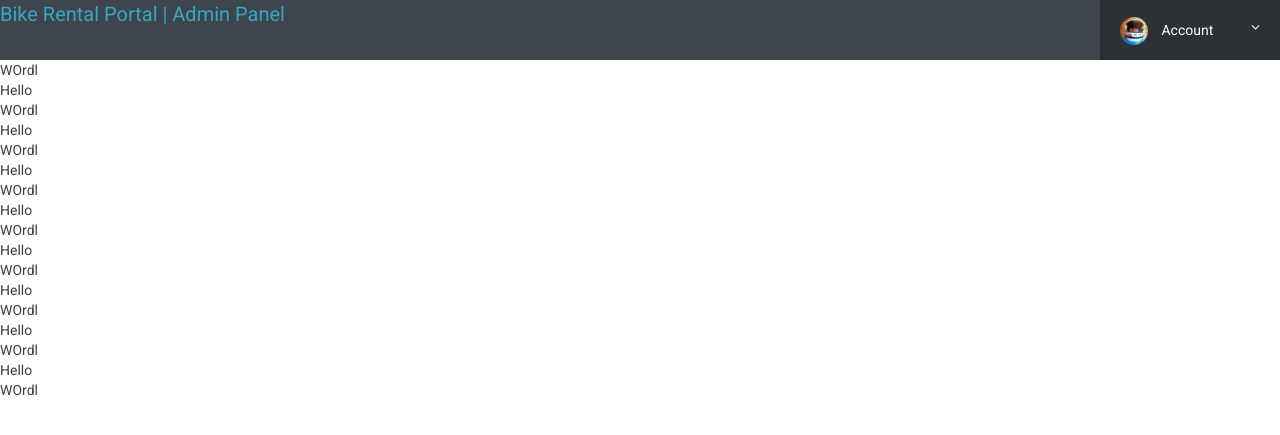
Repository: Het95/Bike-Rental-JSP
Page: http://localhost/AJOep/admin/dashboard.jsp
These files come from the project's save history. The page is drawn as it stood at one moment and after the next save; the edit follows.
The browser window is 1280 px wide. The pictures show the whole page.
The page is served by Tomcat 9. Other server files are loaded and not shown.

Above is the page before, as saved 2020-06-01 08:31:51.

### AJOep/WebContent/admin/dashboard.jsp
<%@ page language="java" contentType="text/html; charset=ISO-8859-1"
    pageEncoding="ISO-8859-1"%>
       <%@ taglib uri="http://java.sun.com/jsp/jstl/sql" prefix="sql" %>
    <%@ taglib uri="http://java.sun.com/jsp/jstl/core" prefix="c" %>
<!DOCTYPE html>
<html>
<head>
<meta charset="ISO-8859-1">
	<title>Bike Rental Portal | Admin Dashboard</title>

	<!-- Font awesome -->
	<link rel="stylesheet" href="css/font-awesome.min.css">
	<!-- Sandstone Bootstrap CSS -->
	<link rel="stylesheet" href="css/bootstrap.min.css">
	<!-- Bootstrap Datatables -->
	<link rel="stylesheet" href="css/dataTables.bootstrap.min.css">
	<!-- Bootstrap social button library -->
	<link rel="stylesheet" href="css/bootstrap-social.css">
	<!-- Bootstrap select -->
	<link rel="stylesheet" href="css/bootstrap-select.css">
	<!-- Bootstrap file input -->
	<link rel="stylesheet" href="css/fileinput.min.css">
	<!-- Awesome Bootstrap checkbox -->
	<link rel="stylesheet" href="css/awesome-bootstrap-checkbox.css">
	<!-- Admin Stye -->
	<link rel="stylesheet" href="css/style.css"></head>
<body>

	<div class="brand clearfix">
	<a href="dashboard.jsp" style="font-size: 20px;">Bike Rental Portal | Admin Panel</a>
		<span class="menu-btn"><i class="fa fa-bars"></i></span>
		<ul class="ts-profile-nav">

			<li class="ts-account">
				<a href="#"><img src="img/ts-avatar.jpg" class="ts-avatar hidden-side" alt=""> Account <i class="fa fa-angle-down hidden-side"></i></a>
				<ul>
					<li><a href="change-password.jsp">Change Password</a></li>
					<li><a href="logout.jsp">Logout</a></li>
				</ul>
			</li>
		</ul>
	</div>
	<ul>
		<li> Hello </li>
		<li> WOrdl </li>
		<li> Hello </li>
		<li> WOrdl </li>
		<li> Hello </li>
		<li> WOrdl </li>
		<li> Hello </li>
		<li> WOrdl </li>
		<li> Hello </li>
		<li> WOrdl </li>
		<li> Hello </li>
		<li> WOrdl </li>
		<li> Hello </li>
		<li> WOrdl </li>
		<li> Hello </li>
		<li> WOrdl </li>
		<li> Hello </li>
		<li> WOrdl </li>
		<li> Hello </li>
		<li> WOrdl </li>
	</ul>

	<!-- Loading Scripts -->
	<script src="js/jquery.min.js"></script>
	<script src="js/bootstrap-select.min.js"></script>
	<script src="js/bootstrap.min.js"></script>
	<script src="js/jquery.dataTables.min.js"></script>
	<script src="js/dataTables.bootstrap.min.js"></script>
	<script src="js/Chart.min.js"></script>
	<script src="js/fileinput.js"></script>
	<script src="js/chartData.js"></script>
	<script src="js/main.js"></script>

</body>
</html>

### AJOep/WebContent/admin/css/awesome-bootstrap-checkbox.css
.checkbox {
  padding-left: 20px;
}
.checkbox label {
  display: inline-block;
  vertical-align: middle;
  position: relative;
  padding-left: 5px;
}
.checkbox label::before {
  content: "";
  display: inline-block;
  position: absolute;
  width: 17px;
  height: 17px;
  left: 0;
  margin-left: -20px;
  border: 1px solid #cccccc;
  border-radius: 3px;
  background-color: #fff;
  -webkit-transition: border 0.15s ease-in-out, color 0.15s ease-in-out;
  -o-transition: border 0.15s ease-in-out, color 0.15s ease-in-out;
  transition: border 0.15s ease-in-out, color 0.15s ease-in-out;
}
.checkbox label::after {
  display: inline-block;
  position: absolute;
  width: 16px;
  height: 16px;
  left: 0;
  top: 0;
  margin-left: -20px;
  padding-left: 3px;
  padding-top: 1px;
  font-size: 11px;
  color: #555555;
}
.checkbox input[type="checkbox"],
.checkbox input[type="radio"] {
  opacity: 0;
  z-index: 1;
}
.checkbox input[type="checkbox"]:focus + label::before,
.checkbox input[type="radio"]:focus + label::before {
  outline: thin dotted;
  outline: 5px auto -webkit-focus-ring-color;
  outline-offset: -2px;
}
.checkbox input[type="checkbox"]:checked + label::after,
.checkbox input[type="radio"]:checked + label::after {
  font-family: "FontAwesome";
  content: "\f00c";
}
.checkbox input[type="checkbox"]:disabled + label,
.checkbox input[type="radio"]:disabled + label {
  opacity: 0.65;
}
.checkbox input[type="checkbox"]:disabled + label::before,
.checkbox input[type="radio"]:disabled + label::before {
  background-color: #eeeeee;
  cursor: not-allowed;
}
.checkbox.checkbox-circle label::before {
  border-radius: 50%;
}
.checkbox.checkbox-inline {
  margin-top: 0;
}

.checkbox-primary input[type="checkbox"]:checked + label::before,
.checkbox-primary input[type="radio"]:checked + label::before {
  background-color: #337ab7;
  border-color: #337ab7;
}
.checkbox-primary input[type="checkbox"]:checked + label::after,
.checkbox-primary input[type="radio"]:checked + label::after {
  color: #fff;
}

.checkbox-danger input[type="checkbox"]:checked + label::before,
.checkbox-danger input[type="radio"]:checked + label::before {
  background-color: #d9534f;
  border-color: #d9534f;
}
.checkbox-danger input[type="checkbox"]:checked + label::after,
.checkbox-danger input[type="radio"]:checked + label::after {
  color: #fff;
}

.checkbox-info input[type="checkbox"]:checked + label::before,
.checkbox-info input[type="radio"]:checked + label::before {
  background-color: #5bc0de;
  border-color: #5bc0de;
}
.checkbox-info input[type="checkbox"]:checked + label::after,
.checkbox-info input[type="radio"]:checked + label::after {
  color: #fff;
}

.checkbox-warning input[type="checkbox"]:checked + label::before,
.checkbox-warning input[type="radio"]:checked + label::before {
  background-color: #f0ad4e;
  border-color: #f0ad4e;
}
.checkbox-warning input[type="checkbox"]:checked + label::after,
.checkbox-warning input[type="radio"]:checked + label::after {
  color: #fff;
}

.checkbox-success input[type="checkbox"]:checked + label::before,
.checkbox-success input[type="radio"]:checked + label::before {
  background-color: #5cb85c;
  border-color: #5cb85c;
}
.checkbox-success input[type="checkbox"]:checked + label::after,
.checkbox-success input[type="radio"]:checked + label::after {
  color: #fff;
}

.radio {
  padding-left: 20px;
}
.radio label {
  display: inline-block;
  vertical-align: middle;
  position: relative;
  padding-left: 5px;
}
.radio label::before {
  content: "";
  display: inline-block;
  position: absolute;
  width: 17px;
  height: 17px;
  left: 0;
  margin-left: -20px;
  border: 1px solid #cccccc;
  border-radius: 50%;
  background-color: #fff;
  -webkit-transition: border 0.15s ease-in-out;
  -o-transition: border 0.15s ease-in-out;
  transition: border 0.15s ease-in-out;
}
.radio label::after {
  display: inline-block;
  position: absolute;
  content: " ";
  width: 11px;
  height: 11px;
  left: 3px;
  top: 3px;
  margin-left: -20px;
  border-radius: 50%;
  background-color: #555555;
  -webkit-transform: scale(0, 0);
  -ms-transform: scale(0, 0);
  -o-transform: scale(0, 0);
  transform: scale(0, 0);
  -webkit-transition: -webkit-transform 0.1s cubic-bezier(0.8, -0.33, 0.2, 1.33);
  -moz-transition: -moz-transform 0.1s cubic-bezier(0.8, -0.33, 0.2, 1.33);
  -o-transition: -o-transform 0.1s cubic-bezier(0.8, -0.33, 0.2, 1.33);
  transition: transform 0.1s cubic-bezier(0.8, -0.33, 0.2, 1.33);
}
.radio input[type="radio"] {
  opacity: 0;
  z-index: 1;
}
.radio input[type="radio"]:focus + label::before {
  outline: thin dotted;
  outline: 5px auto -webkit-focus-ring-color;
  outline-offset: -2px;
}
.radio input[type="radio"]:checked + label::after {
  -webkit-transform: scale(1, 1);
  -ms-transform: scale(1, 1);
  -o-transform: scale(1, 1);
  transform: scale(1, 1);
}
.radio input[type="radio"]:disabled + label {
  opacity: 0.65;
}
.radio input[type="radio"]:disabled + label::before {
  cursor: not-allowed;
}
.radio.radio-inline {
  margin-top: 0;
}

.radio-primary input[type="radio"] + label::after {
  background-color: #337ab7;
}
.radio-primary input[type="radio"]:checked + label::before {
  border-color: #337ab7;
}
.radio-primary input[type="radio"]:checked + label::after {
  background-color: #337ab7;
}

.radio-danger input[type="radio"] + label::after {
  background-color: #d9534f;
}
.radio-danger input[type="radio"]:checked + label::before {
  border-color: #d9534f;
}
.radio-danger input[type="radio"]:checked + label::after {
  background-color: #d9534f;
}

.radio-info input[type="radio"] + label::after {
  background-color: #5bc0de;
}
.radio-info input[type="radio"]:checked + label::before {
  border-color: #5bc0de;
}
.radio-info input[type="radio"]:checked + label::after {
  background-color: #5bc0de;
}

.radio-warning input[type="radio"] + label::after {
  background-color: #f0ad4e;
}
.radio-warning input[type="radio"]:checked + label::before {
  border-color: #f0ad4e;
}
.radio-warning input[type="radio"]:checked + label::after {
  background-color: #f0ad4e;
}

.radio-success input[type="radio"] + label::after {
  background-color: #5cb85c;
}
.radio-success input[type="radio"]:checked + label::before {
  border-color: #5cb85c;
}
.radio-success input[type="radio"]:checked + label::after {
  background-color: #5cb85c;
}

input[type="checkbox"].styled:checked + label:after,
input[type="radio"].styled:checked + label:after {
  font-family: 'FontAwesome';
  content: "\f00c";
}
input[type="checkbox"] .styled:checked + label::before,
input[type="radio"] .styled:checked + label::before {
  color: #fff;
}
input[type="checkbox"] .styled:checked + label::after,
input[type="radio"] .styled:checked + label::after {
  color: #fff;
}

### AJOep/WebContent/admin/css/style.css
@import url(http://fonts.googleapis.com/css?family=Lato:300,400,700,900,100italic,300italic,400italic);
@import url(https://fonts.googleapis.com/css?family=Oswald:700,400,300);
/****************************
*   FOR RESPONSIVENESS      *
****************************/
::selection {
  background: #4f5362;
  /* WebKit/Blink Browsers */
  color: #fff;
}
::-moz-selection {
  background: #4f5362;
  /* Gecko Browsers */
  color: #fff;
}
html {
  font-size: 14px;
}
@media only screen and (min-width: 480px) {
  html {
    font-size: 17px;
  }
}
@media only screen and (min-width: 768px) {
  html {
    font-size: 14px;
  }
}
@media only screen and (min-width: 1024px) {
  p {
    font-size: 1em;
    margin-bottom: 1.8em;
  }
}
/****************************
*      BODY DEFAULTS        *
****************************/
body {
  font-size: 1em;
}
a {
  color: #37a6c4;
}
a:hover {
  text-decoration: none;
  color: #5db9d1;
}
/****************************
*      Buttons        *
****************************/
.btn {
  font-family: 'Oswald', sans-serif;
}
.btn i {
  position: relative;
  top: -2px;
}
.btn.text-left {
  text-align: left;
}
.btn-brand {
  background: #37a6c4;
  color: #fff;
}
.btn-brand:hover {
  color: #fff;
  background: #2c849c;
}
.btn-dark {
  background: #272727;
  color: #fff;
}
.btn-dark:hover {
  color: #fff;
  background: #2c849c;
}
.btn-red {
  background: #4f5362;
  color: #fff;
}
.btn-red:hover {
  color: #fff;
  background: #383b46;
}
.btn-alt {
  background: #f0f0f0;
  color: #222;
}
.btn-alt:hover {
  color: #fff;
  background: #2c849c;
}
/****************************
*      Background Colors        *
****************************/
.bk-primary {
  background: #325d88;
}
.bk-success {
  background: #93c54b;
}
.bk-warning {
  background: #f47c3c;
}
.bk-danger {
  background: #d9534f;
}
.bk-info {
  background: #29abe0;
}
.bk-white,
.bk-light {
  background: #fff;
}
.bk-brand {
  background: #37a6c4;
}
.bk-dark {
  background: #222;
}
.bk-blue {
  background: #0010ce;
}
.bk-alt {
  background: #f7f7f7;
}
.bk-ghost {
  background: transparent;
}
.bk-img {
  position: relative;
  width: 100%;
  background-position: center;
  background-repeat: no-repeat;
  background-size: cover;
  background-image: url(../../img/login-bg.jpg);
}
.bk-fixed {
  background-attachment: fixed;
}
.hr-green {
  height: 2px;
  background: #37a6c4;
}
.hr-grey {
  height: 2px;
  background: #f0f0f0;
}
.hr-dashed {
  background-color: transparent;
  border-top: 1px dotted #edf0f5;
  color: transparent;
  height: 1px;
  margin: 20px 0;
}
.panel {
  overflow: hidden;
}
/****************************
*      Border        *
****************************/
.brdr {
  border: 1px solid #f0f0f0;
}
/****************************
*      Text size color        *
****************************/
.font-one {
  font-family: 'Oswald', sans-serif;
}
.text-bold {
  font-weight: bold;
}
.text-normal {
  font-weight: normal;
}
.text-thin {
  font-weight: 100;
}
.text-lowercase {
  text-transform: none;
}
.text-sm {
  font-size: 13px;
}
.text-lg {
  font-size: 18px;
}
.text-xl {
  font-size: 1.6em;
}
.text-2x {
  font-size: 2em;
}
.text-3x {
  font-size: 2.4em;
}
.text-4x {
  font-size: 3em;
}
.text-white,
.text-light {
  color: #fff !important;
}
.link-white a {
  color: #fff;
}
.text-grey {
  color: #ccc;
}
.text-dgrey {
  color: #818181;
}
.text-brand {
  color: #37a6c4;
}
.text-yellow {
  color: #ffff00;
}
.title .line {
  display: inline-block;
  padding-bottom: 10px;
  border-bottom: 3px solid #222;
}
/****************************
*       Margins         *
****************************/
.mt {
  margin-top: 18px;
}
.mt-0x {
  margin-top: 0 !important;
}
.mt-2x {
  margin-top: 36px;
}
.mt-3x {
  margin-top: 54px;
}
.mt-4x {
  margin-top: 90px;
}
.mt-5x {
  margin-top: 144px;
}
.mb {
  margin-bottom: 18px;
}
.mb-0x {
  margin-bottom: 0 !important;
}
.mb-2x {
  margin-bottom: 36px;
}
.mb-3x {
  margin-bottom: 54px;
}
.mb-4x {
  margin-bottom: 90px;
}
.mb-5x {
  margin-bottom: 144px;
}
.pt {
  padding-top: 18px;
}
.pt-2x {
  padding-top: 36px;
}
.pt-3x {
  padding-top: 54px;
}
.pt-4x {
  padding-top: 90px;
}
.pt-5x {
  padding-top: 144px;
}
.pb {
  padding-bottom: 18px;
}
.pb-2x {
  padding-bottom: 36px;
}
.pb-3x {
  padding-bottom: 54px;
}
.pb-4x {
  padding-bottom: 90px;
}
.pb-5x {
  padding-bottom: 144px;
}
/* Content boxes */
.content-box {
  padding: 15px;
}
.block-anchor {
  display: block;
}
/****************************
*       Content Typography         *
****************************/
.content-format {
  line-height: 1.6em;
  font-weight: 400;
  letter-spacing: .01em;
  font-style: normal;
  word-wrap: break-word;
}
.content-format .h1,
.content-format .h2,
.content-format .h3,
.content-format .h4,
.content-format .h5,
.content-format .h6,
.content-format h1,
.content-format h2,
.content-format h3,
.content-format h4,
.content-format h5,
.content-format h6 {
  font-family: 'Oswald', sans-serif;
  font-weight: 700;
  font-weight: bold;
  font-style: normal;
  color: rgba(0, 0, 0, 0.8);
  margin-top: 40px;
}
.content-format .h1 a,
.content-format .h2 a,
.content-format .h3 a,
.content-format .h4 a,
.content-format .h5 a,
.content-format .h6 a,
.content-format h1 a,
.content-format h2 a,
.content-format h3 a,
.content-format h4 a,
.content-format h5 a,
.content-format h6 a {
  font-size: inherit;
}
.content-format .h2,
.content-format h2 {
  font-size: 3em;
  line-height: 1;
  margin-bottom: 10px;
  padding-bottom: 10px;
  border-bottom: 4px solid #f0f0f0;
}
.content-format .h3,
.content-format h3 {
  font-size: 2em;
  line-height: 1.2;
  margin-bottom: 4px;
  margin: 1em 0 0.5em;
}
.content-format .h4,
.content-format h4 {
  font-size: 1.7em;
  line-height: 1.4;
  margin-bottom: 6px;
}
.content-format .h5,
.content-format h5 {
  font-size: 1.5em;
  line-height: 1.4;
  margin-bottom: 8px;
}
.content-format .h6,
.content-format h6 {
  font-size: 1.3em;
  line-height: 1.4;
  margin-bottom: 10px;
}
.content-format strong {
  font-weight: bold;
}
.content-format ul:not(.social-awesome) {
  list-style: disc outside;
  margin: 1.714285714rem 0 1.714285714rem;
  line-height: 1.714285714;
}
.content-format ul:not(.social-awesome) li {
  margin: 0 0 0 36px;
  margin: 0 1rem 0 2.571428571rem;
}
.content-format ul:not(.social-awesome).list-unstyled {
  list-style: none;
}
.content-format ul:not(.social-awesome).list-unstyled li {
  margin: 0 0 0 24px;
}
.content-format em {
  font-style: italic;
}
.content-format p {
  margin-bottom: 1.8em;
}
.content-format figure {
  margin-bottom: 42px;
}
.content-format figure .caption {
  color: #999;
  font-size: 14px;
}
.content-format img {
  border: 0;
  height: auto;
  max-width: 100%;
  vertical-align: middle;
}
.content-format .fa {
  color: #37a6c4;
  margin-right: 10px;
}
.content-format blockquote {
  border-left: 4px solid #c3c3c3;
  border-left: 4px solid rgba(51, 51, 51, 0.17);
  color: #707070;
  color: rgba(51, 51, 51, 0.7);
  font-size: 1.2em;
  font-style: italic;
  line-height: 1.6667;
  margin-bottom: 1em;
  padding-left: 0.7778em;
}
.content-format blockquote.double-quote {
  border-left: none;
  padding-left: 1em;
}
.content-format pre {
  background: #fff;
  border: 1px solid #ededed;
  color: #666;
  font-family: Consolas, Monaco, Lucida Console, monospace;
  font-size: .9em;
  line-height: 1.714285714;
  margin: 24px 0;
  margin: 1.714285714rem 0;
  overflow: auto;
}
.content-format ol {
  margin: 24px 0 24px;
  margin: 1.714285714rem 0 1.714285714rem;
  line-height: 1.714285714;
  list-style: decimal outside;
}
.content-format img.wp-smiley,
.content-format img.emoji {
  display: inline !important;
  border: none !important;
  box-shadow: none !important;
  height: 1em !important;
  width: 1em !important;
  margin: 0 .07em !important;
  vertical-align: -0.1em !important;
  background: none !important;
  padding: 0 !important;
}
/*
 * Theme Struck - Harmony - Free responsive Bootstrap admin template by Themestruck.com (http://themestruck.com)
 * Code licensed under the MIT
 * For details, see #
 */
ul,
li {
  margin: 0;
  padding: 0;
  list-style: none;
}
/* Social Button Modifications */
.btn {
  text-transform: none;
}
.btn-social > :first-child {
  width: 42px;
  line-height: 46px;
}
.btn-social {
  padding-left: 58px;
}
/* Circle buttons */
.btn-circle {
  width: 30px;
  height: 30px;
  padding: 6px 0;
  border-radius: 15px;
  text-align: center;
  font-size: 12px;
  line-height: 1.428571429;
}
.btn-circle.btn-lg {
  width: 50px;
  height: 50px;
  padding: 10px 16px;
  border-radius: 25px;
  font-size: 18px;
  line-height: 1.33;
}
.btn-circle.btn-xl {
  width: 70px;
  height: 70px;
  padding: 10px 16px;
  border-radius: 35px;
  font-size: 24px;
  line-height: 1.33;
}
/* Chart design */
/* Charts */
.chart-dot-list {
  display: block;
  margin-top: 60px;
  margin-left: 20px;
}
.chart-dot-list li {
  margin-bottom: 4px;
}
.chart-dot-list li:before {
  content: '';
  height: 12px;
  width: 12px;
  margin-right: 6px;
  display: inline-block;
  background: #222;
  border-radius: 50%;
}
.chart-dot-list li.a1:before {
  background: #F7464A;
}
.chart-dot-list li.a2:before {
  background: #46BFBD;
}
.chart-dot-list li.a3:before {
  background: #FDB45C;
}
.chart-doughnut {
  padding: 41px 0;
}
/* component */
.page-title {
  padding-bottom: 15px;
  margin-bottom: 20px;
  border-bottom: 1px solid #f0f0f0;
}
.brand {
  background: #3e454c;
  position: relative;
  z-index: 3;
  position: fixed;
  width: 100%;
  top: 0;
}
.brand .logo {
  box-sizing: border-box;
  padding: 20px;
  float: left;
  display: block;
  width: 200px;
}
@media only screen and (min-width: 992px) {
  .brand .logo {
    width: 250px;
  }
}
.brand .logo img {
  height: 20px;
}
.brand .menu-btn {
  float: right;
  background: #232d3b;
  text-align: center;
  cursor: pointer;
  color: #fff;
  padding: 20px 20px;
}
@media only screen and (min-width: 992px) {
  .brand .menu-btn {
    display: none;
  }
}
.brand .ts-profile-nav {
  float: right;
  display: none;
}
.brand .ts-profile-nav li {
  float: left;
  position: relative;
}
.brand .ts-profile-nav li a {
  display: block;
  padding: 20px;
  color: #fff;
}
.brand .ts-profile-nav li ul {
  visibility: hidden;
  opacity: 0;
  right: 0;
  position: absolute;
}
.brand .ts-profile-nav li ul li {
  float: none;
  width: 180px;
}
.brand .ts-profile-nav li ul li a {
  padding: 10px 20px;
  background: #222;
}
.brand .ts-profile-nav .ts-account .fa-angle-down {
  float: right;
}
.brand .ts-profile-nav .ts-account > a {
  width: 180px;
  background: #2c3136;
}
.brand .ts-profile-nav .ts-account .ts-avatar {
  border-radius: 50%;
  height: 28px;
  margin: -10px 0;
  margin-right: 10px;
}
.brand .ts-profile-nav .ts-account:hover ul {
  visibility: visible;
  opacity: 1;
}
@media only screen and (min-width: 992px) {
  .brand .ts-profile-nav {
    display: block;
  }
}
.ts-sidebar::-webkit-scrollbar-track {
  background-color: transparent;
}
.ts-sidebar::-webkit-scrollbar {
  width: 5px;
  background-color: transparent;
}
.ts-sidebar::-webkit-scrollbar-thumb {
  background-color: #b4b4b4;
}
.ts-sidebar {
  background: #2c3136;
  max-height: 0;
  transition: max-height 0.3s;
  overflow: hidden;
  position: fixed;
  z-index: 2;
  width: 100%;
  bottom: 0;
  top: 60px;
  overflow-y: auto;
}
.ts-sidebar .hidden-side {
  display: none;
}
.ts-sidebar .ts-sidebar-search {
  width: 100%;
  background: #25292a;
  border: none;
  padding: 10px 15px;
  color: #fff;
}
@media only screen and (min-width: 992px) {
  .ts-sidebar .ts-profile-nav {
    display: none;
  }
}
@media only screen and (min-width: 992px) {
  .ts-sidebar {
    max-height: 100%;
    bottom: 0;
  }
}
.ts-sidebar-menu .ts-label {
  color: #585c64;
  font-weight: bold;
  padding: 8px 15px;
  text-transform: uppercase;
  font-size: 10px;
  letter-spacing: 3px;
  margin-top: 10px;
}
.ts-sidebar-menu a {
  display: block;
  text-decoration: none;
  padding: 12px 15px;
  color: #fff;
}
.ts-sidebar-menu li {
  position: relative;
}
.ts-sidebar-menu li i {
  color: #585c64;
  margin-right: 10px;
}
.ts-sidebar-menu li ul {
  display: block;
  background: rgba(255, 0, 0, 0.12);
  background: rgba(0, 0, 0, 0.32);
  max-height: 0;
  overflow: hidden;
  transition: all 0.3s ease;
}
.menu-open,
.ts-sidebar-menu .open > ul {
  max-height: 2000px;
}
.ts-sidebar-menu .open > a {
  background: rgba(51, 56, 62, 0.35);
}
.ts-sidebar-menu > .open > a {
  background: #33383e;
  border-left: 3px solid #37a6c4;
}
.ts-sidebar-menu .open > .more i {
  transform: rotate(180deg);
}
.more i {
  color: #fff;
  padding: 15px;
  transition: transform 0.3s;
}
.more {
  float: right;
  min-width: 10%;
  cursor: pointer;
}
.ts-main-content .content-wrapper {
  padding-top: 15px;
  margin-top: 60px;
}
@media only screen and (min-width: 992px) {
  .ts-main-content .ts-sidebar {
    width: 250px;
    float: left;
  }
  .ts-main-content .content-wrapper {
    margin-left: 250px;
  }
}
/* Login page */
.login-page {
  position: absolute;
  height: 100%;
  width: 100%;
}

### AJOep/WebContent/admin/js/main.js
 $(document).ready(function () {

 	$(".ts-sidebar-menu li a").each(function () {
 		if ($(this).next().length > 0) {
 			$(this).addClass("parent");
 		};
 	})
 	var menux = $('.ts-sidebar-menu li a.parent');
 	$('<div class="more"><i class="fa fa-angle-down"></i></div>').insertBefore(menux);
 	$('.more').click(function () {
 		$(this).parent('li').toggleClass('open');
 	});
	$('.parent').click(function (e) {
		e.preventDefault();
 		$(this).parent('li').toggleClass('open');
 	});
 	$('.menu-btn').click(function () {
 		$('nav.ts-sidebar').toggleClass('menu-open');
 	});


	 $('#zctb').DataTable();


	 $("#input-43").fileinput({
		showPreview: false,
		allowedFileExtensions: ["zip", "rar", "gz", "tgz"],
		elErrorContainer: "#errorBlock43"
			// you can configure `msgErrorClass` and `msgInvalidFileExtension` as well
	});

 });

Loaded but not shown: AJOep/WebContent/admin/css/font-awesome.min.css (library); AJOep/WebContent/admin/css/bootstrap.min.css (library); AJOep/WebContent/admin/css/dataTables.bootstrap.min.css (library); AJOep/WebContent/admin/css/bootstrap-social.css (library); AJOep/WebContent/admin/css/bootstrap-select.css (library); AJOep/WebContent/admin/css/fileinput.min.css (library); AJOep/WebContent/admin/js/jquery.min.js (library); AJOep/WebContent/admin/js/bootstrap-select.min.js (library); AJOep/WebContent/admin/js/bootstrap.min.js (library); AJOep/WebContent/admin/js/jquery.dataTables.min.js (library); AJOep/WebContent/admin/js/dataTables.bootstrap.min.js (common file); AJOep/WebContent/admin/js/Chart.min.js (library); AJOep/WebContent/admin/js/chartData.js (common file); AJOep/WebContent/admin/js/fileinput.js (2304 lines, source omitted)

After the next save:
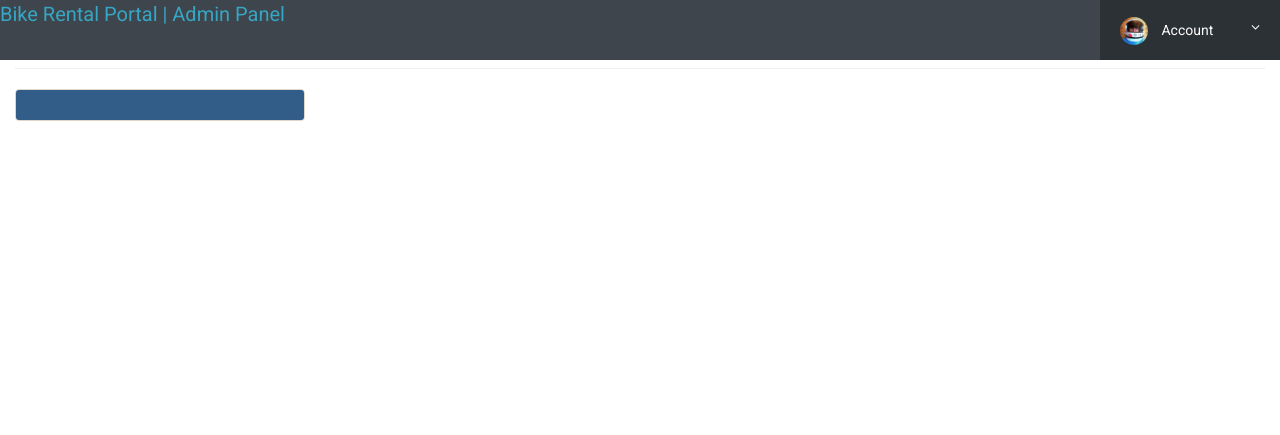
Saved 64 s later.
--- a/AJOep/WebContent/admin/dashboard.jsp
+++ b/AJOep/WebContent/admin/dashboard.jsp
@@ -40,28 +40,26 @@
 			</li>
 		</ul>
 	</div>
-	<ul>
-		<li> Hello </li>
-		<li> WOrdl </li>
-		<li> Hello </li>
-		<li> WOrdl </li>
-		<li> Hello </li>
-		<li> WOrdl </li>
-		<li> Hello </li>
-		<li> WOrdl </li>
-		<li> Hello </li>
-		<li> WOrdl </li>
-		<li> Hello </li>
-		<li> WOrdl </li>
-		<li> Hello </li>
-		<li> WOrdl </li>
-		<li> Hello </li>
-		<li> WOrdl </li>
-		<li> Hello </li>
-		<li> WOrdl </li>
-		<li> Hello </li>
-		<li> WOrdl </li>
-	</ul>
+
+			<div class="content-wrapper">
+			<div class="container-fluid">
+
+				<div class="row">
+					<div class="col-md-12">
+
+						<h2 class="page-title">Dashboard</h2>
+
+						<div class="row">
+							<div class="col-md-12">
+								<div class="row">
+									<div class="col-md-3">
+										<div class="panel panel-default">
+											<div class="panel-body bk-primary text-light">
+												<div class="stat-panel text-center">
+												</div>
+												</div>
+												</div>
+												</div>
 
 	<!-- Loading Scripts -->
 	<script src="js/jquery.min.js"></script>
